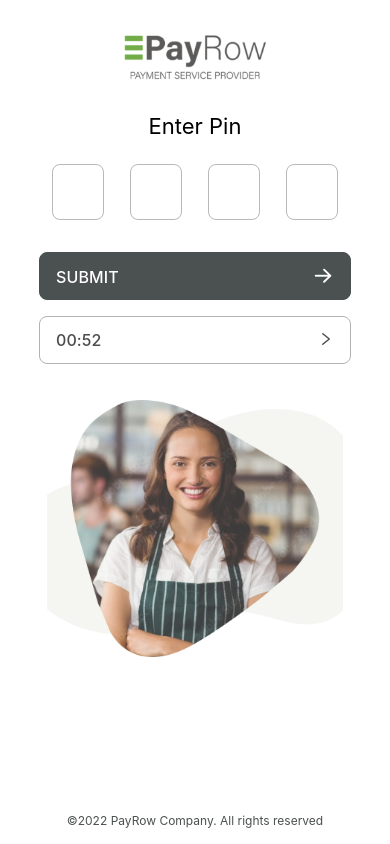
Repository: rishabh-critical-river/payrowios
Screen: /EnterPins
An editor plug-in stored every save of this project. The screen is shown before and after the next save, followed by the edit.
The app was drawn by React Native's web renderer in a window 390 px wide. The project was rebuilt for these pictures with package versions that can differ from the ones it lists, and the page was loaded fresh each time. Also part of the build but not shown: screens/onboarding/CreateAccount.js, screens/home/HomeScreen.tsx, screens/home/HomeComponents/TapToPay.tsx, screens/home/HomeComponents/PaymentSummary.js, screens/home/HomeComponents/AddItem.js, screens/home/HomeComponents/TapCard.tsx, screens/home/HomeComponents/EnterPin.tsx, screens/home/HomeComponents/Confirmation.tsx and 37 more.

Above is the screen before, as saved 2023-07-27 07:41:34.

### App.tsx
import { NavigationContainer } from "@react-navigation/native";
import { createNativeStackNavigator } from "@react-navigation/native-stack";
import {
  StyleSheet,
  Text,
  View,
  SafeAreaView,
  Image,
  StatusBar,
} from "react-native";
import LanguageSelection from "./screens/onboarding/LanguageSelection";
import CreateAccount from "./screens/onboarding/CreateAccount";
import HomeScreen from "./screens/home/HomeScreen";
import TapToPay from "./screens/home/HomeComponents/TapToPay";
import AddItem from "./screens/home/HomeComponents/AddItem";
import TapCard from "./screens/home/HomeComponents/TapCard";
import EnterPin from "./screens/home/HomeComponents/EnterPin";
import Confirmation from "./screens/home/HomeComponents/Confirmation";
import NewPayment from "./screens/home/HomeComponents/NewPayment";
import Contact from "./screens/home/HomeComponents/contact";
import Refund from "./screens/home/HomeComponents/refund";
import OtpRefund from "./screens/home/HomeComponents/otpRefund";
import ProductSelection from "./screens/home/HomeComponents/productSelection";
import PaymentSummary from "./screens/home/HomeComponents/PaymentSummary";
import PaymentMode from "./screens/home/HomeComponents/paymentMode";
import PaymentHistory from "./screens/home/HomeComponents/PaymentHistory";
import HistoryMethods from "./screens/home/HomeComponents/historyMethods";
import DailyReport from "./screens/home/HomeComponents/DailyReport";
import MonthlyReport from "./screens/home/HomeComponents/MonthlyReport";
import AboutPayrow from "./screens/home/HomeComponents/AboutPayrow";
import CashReceivedMachine from "./screens/home/HomeComponents/CashReceivedMachine";
import InvoiceRecall from "./screens/home/HomeComponents/InvoiceRecall";
import PosAndRetail from "./screens/home/HomeComponents/PosAndRetail";
import SoftPos from "./screens/home/HomeComponents/SoftPos";
import PayByLink from "./screens/home/HomeComponents/PayByLink";
import PayByQrCode from "./screens/home/HomeComponents/PayByQrCode";

import PaymentGateWay from "./screens/home/HomeComponents/PaymentGateWay";
import Wps from "./screens/home/HomeComponents/Wps";
import Vat from "./screens/home/HomeComponents/Vat";
import Kvyc from "./screens/home/HomeComponents/Kvyc";
import BuyNowPayLater from "./screens/home/HomeComponents/BuyNowPayLater";
import Wallet from "./screens/home/HomeComponents/Wallet";
import PayRowPrepaids from "./screens/home/HomeComponents/PayRowPrepaid";
import Support from "./screens/home/HomeComponents/Support";
import NewComplain from "./screens/home/HomeComponents/NewComplain";
import RegisterComplain from "./screens/home/HomeComponents/RegisteredComplain";
import ContactUs from "./screens/home/HomeComponents/ContactUse";
import InvoiceRecalltwo from "./screens/home/HomeComponents/InvoiceRecalltwo";
import InvoiceRecallthree from "./screens/home/HomeComponents/InvoiceRecallthree";
import PaymentDetails from "./screens/home/HomeComponents/PaymentDetails";
import ConfirmationInvoice from "./screens/home/HomeComponents/ConfirmationInvoice";
import CashPay from "./screens/home/HomeComponents/CashPay";
import QRCode from "./screens/home/HomeComponents/QrCode";
import Login from "./screens/onboarding/login";
import CreatePin from "./screens/onboarding/Createpin";
import ReEnterPin from "./screens/onboarding/Reenterpin";
import EnterPins from "./screens/onboarding/Enterpin";
// import SoftPose from "./screens/home/HomeComponents/SoftPose";
const Stack = createNativeStackNavigator();

export default function App() {
  return (
    <SafeAreaView style={{ flex: 1, backgroundColor: "white" }}>
      <StatusBar barStyle="dark-content" />
      <NavigationContainer>
        <Stack.Navigator>
          <Stack.Screen
            name="selectLanaguage"
            component={LanguageSelection}
            options={{ headerShown: false }}
          />
          <Stack.Screen
            name="Login"
            component={Login}
            options={{ headerShown: false }}
          />
          <Stack.Screen
            name="CreatePin"
            component={CreatePin}
            options={{ headerShown: false }}
          />
          <Stack.Screen
            name="ReEnterPin"
            component={ReEnterPin}
            options={{ headerShown: false }}
          />
          <Stack.Screen
            name="EnterPin"
            component={EnterPin}
            options={{ headerShown: false }}
          />
          <Stack.Screen
            name="Create Account"
            component={CreateAccount}
            options={{ headerShown: false }}
          />
          <Stack.Screen
            name="HomeScreen"
            component={HomeScreen}
            options={{ headerShown: false }}
          />
          <Stack.Screen
            name="TapToPay"
            component={TapToPay}
            options={{ headerShown: false }}
          />
          <Stack.Screen
            name="AddItem"
            component={AddItem}
            options={{ headerShown: false }}
          />
          <Stack.Screen
            name="TapCard"
            component={TapCard}
            options={{ headerShown: false }}
          />
          <Stack.Screen
            name="EnterPins"
            component={EnterPins}
            options={{ headerShown: false }}
          />
          <Stack.Screen
            name="Confirmation"
            component={Confirmation}
            options={{ headerShown: false }}
          />
          <Stack.Screen
            name="NewPayment"
            component={NewPayment}
            options={{ headerShown: false }}
          />
          <Stack.Screen
            name="contact"
            component={Contact}
            options={{ headerShown: false }}
          />
          <Stack.Screen
            name="refund"
            component={Refund}
            options={{ headerShown: false }}
          />
          <Stack.Screen
            name="otpRefund"
            component={OtpRefund}
            options={{ headerShown: false }}
          />
          <Stack.Screen
            name="productSelection"
            component={ProductSelection}
            options={{ headerShown: false }}
          />
          <Stack.Screen
            name="paymentSummary"
            component={PaymentSummary}
            options={{ headerShown: false }}
          />
          <Stack.Screen
            name="paymentMode"
            component={PaymentMode}
            options={{ headerShown: false }}
          />
          <Stack.Screen
            name="paymentHistory"
            component={PaymentHistory}
            options={{ headerShown: false }}
          />
          <Stack.Screen
            name="historyMethods"
            component={HistoryMethods}
            options={{ headerShown: false }}
          />
          <Stack.Screen
            name="dailyReport"
            component={DailyReport}
            options={{ headerShown: false }}
          />
          <Stack.Screen
            name="monthlyReport"
            component={MonthlyReport}
            options={{ headerShown: false }}
          />
          <Stack.Screen
            name="aboutPayrow"
            component={AboutPayrow}
            options={{ headerShown: false }}
          />
          <Stack.Screen
            name="cashReceivedMachine"
            component={CashReceivedMachine}
            options={{ headerShown: false }}
          />
          <Stack.Screen
            name="invoiceRecall"
            component={InvoiceRecall}
            options={{ headerShown: false }}
          />
          <Stack.Screen
            name="posandretail"
            component={PosAndRetail}
            options={{ headerShown: false }}
          />
          <Stack.Screen
            name="softpos"
            component={SoftPos}
            options={{ headerShown: false }}
          />
          <Stack.Screen
            name="paybylink"
            component={PayByLink}
            options={{ headerShown: false }}
          />
          <Stack.Screen
            name="paybyqrcode"
            component={PayByLink}
            options={{ headerShown: false }}
          />
          <Stack.Screen
            name="paymentgateway"
            component={PaymentGateWay}
            options={{ headerShown: false }}
          />
          <Stack.Screen
            name="wps"
            component={Wps}
            options={{ headerShown: false }}
          />
          <Stack.Screen
            name="vat"
            component={Vat}
            options={{ headerShown: false }}
          />

          <Stack.Screen
            name="kvyc"
            component={Kvyc}
            options={{ headerShown: false }}
          />
          <Stack.Screen
            name="buynowpaylater"
            component={BuyNowPayLater}
            options={{ headerShown: false }}
          />
          <Stack.Screen
            name="registercomplain"
            component={RegisterComplain}
            options={{ headerShown: false }}
          />
          <Stack.Screen
            name="wallet"
            component={Wallet}
            options={{ headerShown: false }}
          />
          <Stack.Screen
            name="payrowprepaid"
            component={PayRowPrepaids}
            options={{ headerShown: false }}
          />
          <Stack.Screen
            name="paymentdetails"
            component={PaymentDetails}
            options={{ headerShown: false }}
          />
          <Stack.Screen
            name="support"
            component={Support}
            options={{ headerShown: false }}
          />
          {/* <Stack.Screen
            name="softpose"
            payrowprepaid
            component={SoftPose}
            options={{ headerShown: false }}

          /> */}
          <Stack.Screen
            name="newcomplain"
            component={NewComplain}
            options={{ headerShown: false }}
          />
          <Stack.Screen
            name="contactus"
            component={ContactUs}
            options={{ headerShown: false }}
          />
          <Stack.Screen
            name="Recallss"
            component={InvoiceRecalltwo}
            options={{ headerShown: false }}
          />
          <Stack.Screen
            name="InvoiceRecallthree"
            component={InvoiceRecallthree}
            options={{ headerShown: false }}
          />
          <Stack.Screen
            name="ConfirmationInvoice"
            component={ConfirmationInvoice}
            options={{ headerShown: false }}
          />
          <Stack.Screen
            name="cashPay"
            component={CashPay}
            options={{ headerShown: false }}
          />

          <Stack.Screen
            name="QrCode"
            component={PayByQrCode}
            options={{ headerShown: false }}
          />
          <Stack.Screen
            name="QrCodePay"
            component={QRCode}
            options={{ headerShown: false }}
          />
        </Stack.Navigator>
      </NavigationContainer>
    </SafeAreaView>
  );
}

### screens/onboarding/LanguageSelection.tsx
import React from "react";
import { StatusBar } from "expo-status-bar";
import { NavigationContainer } from "@react-navigation/native";
import { createNativeStackNavigator } from "@react-navigation/native-stack";
import {
  StyleSheet,
  Text,
  View,
  SafeAreaView,
  Image,
  Button,
  TouchableOpacity,
} from "react-native";
import { AntDesign } from "@expo/vector-icons";
function LanguageSelection({ navigation }: any) {
  return (
    <>
      <View style={styles.container}>
        <Image
          source={require("../../src/Images/payrowLogo.png")}
          style={styles.logo}
        />
        <View
          style={{
            position: "absolute",
            right: 0,
            top: 76,
          }}
        >
          <View
            style={{
              marginLeft: "auto",
              borderWidth: 1,
              borderColor: "#F1F7ED",
              marginBottom: 7.5,

              backgroundColor: "#F1F7ED",
              borderRadius: 1,
              width: 40,
              height: 11.67,
            }}
          />
          <View
            style={{
              marginLeft: "auto",
              borderWidth: 1,
              borderColor: "#F1F7ED",
              marginBottom: 7.5,
              backgroundColor: "#F1F7ED",
              borderRadius: 1,

              width: 40,
              height: 11.67,
            }}
          />
          <View
            style={{
              marginLeft: "auto",
              borderWidth: 1,
              borderColor: "#F1F7ED",

              backgroundColor: "#F1F7ED",
              borderRadius: 1,

              width: 40,
              height: 11.67,
            }}
          />
        </View>
        <Image
          source={require("../../src/Images/getStarted.png")}
          style={{
            width: 312,
            height: 230,
            alignSelf: "center",
            marginTop: 40,
          }}
        />
        <Text
          style={{
            fontSize: 22,
            fontWeight: "700",
            color: "#4C4C4C",
            lineHeight: 28,
            textAlign: "center",
            marginTop: 38,
          }}
        >
          Ultimate Fintech Partner
        </Text>
        <Text
          style={{
            fontSize: 14,
            fontWeight: "400",
            lineHeight: 20,
            marginLeft: 54,
            marginRight: 54,
            textAlign: "center",
            marginTop: 16,
            color: "#666666",
            letterSpacing: 0.25,
          }}
        >
          Together we support Go-Green & Cashless Strategy
        </Text>
      </View>
      <View style={{ backgroundColor: "white" }}>
        <TouchableOpacity
          style={styles.button}
          onPress={() => {
            navigation.navigate("Login");
          }}
        >
          <View
            style={{
              borderWidth: 1,

              borderColor: "#4B5050",
              backgroundColor: "#4B5050",
              borderRadius: 8,
              marginBottom: 16,
              width: 328,
              height: 48,
              justifyContent: "center",
            }}
          >
            <View style={{ flexDirection: "row" }}>
              <Text
                style={{
                  fontSize: 16,
                  paddingLeft: 16,
                  fontWeight: "500",
                  lineHeight: 24,
                  justifyContent: "center",
                  color: "white",
                  letterSpacing: 0.1,
                  flex: 1,
                }}
              >
                Get Started
              </Text>
              <View
                style={{
                  justifyContent: "center",
                  alignItems: "center",
                  marginRight: 16,
                }}
              >
                <AntDesign name="arrowright" size={24} color="white" />
              </View>
            </View>
          </View>
        </TouchableOpacity>
        <Text
          style={{
            fontSize: 12,
            backgroundColor: "white",
            color: "#7f7f7f",
            textAlign: "center",
            paddingBottom: 15,
          }}
        >
          ©2022 PayRow Company. All rights reserved
        </Text>
      </View>
    </>
  );
}

export default LanguageSelection;
const styles = StyleSheet.create({
  container: {
    display: "flex",
    flex: 1,
    backgroundColor: "white",
  },
  logo: {
    width: 150,
    height: 48.3,
    alignSelf: "center",
    marginTop: 33,
  },
  selectLanguage: {
    width: 163,
    height: 28,
    fontSize: 17,

    color: "#333333",
    fontWeight: "400",
    marginTop: 24.47,
    alignSelf: "center",
  },
  languageText: {
    fontSize: 14,
    paddingLeft: 16,
    fontWeight: "500",
    lineHeight: 20,
    justifyContent: "center",
    color: "#4B5050CC",
  },
  languages: {
    flexDirection: "column",

    justifyContent: "space-between",
    alignItems: "center",
  },
  text: {
    width: 303,
    height: 20,
    fontSize: 14,
    lineHeight: 14,
    fontWeight: "400",
    color: "#4B5050",
    textAlign: "center",
    marginTop: 6,
    alignSelf: "center",
    marginBottom: 15,
  },
  shadowProp: {
    shadowColor: "#171717",
    shadowOffset: { width: -2, height: 4 },
    shadowOpacity: 0.2,
    shadowRadius: 3,
  },
  box: {
    display: "flex",
    borderWidth: 1,
    borderColor: "#4B505033",
    backgroundColor: "#ffffff",
    borderRadius: 8,
    marginBottom: 15,
    width: 328,
    height: 48,
    justifyContent: "center",
  },
  button: {
    alignSelf: "center",
    color: "#4B5050",

    padding: 10,
    fontSize: 20,
    height: 48,
    width: 328,
    cursor: "pointer",
    borderRadius: 70,
    justifyContent: "center",
    alignItems: "center",
    marginBottom: 15,
  },
  arrow: {
    display: "flex",
    position: "relative",
    borderWidth: 1,
    borderColor: "white",
    width: 40,
    height: 5,
    backgroundColor: "white",
  },
  arrowTriangle: {
    display: "flex",
    borderWidth: 1,
    position: "absolute",
    width: 20,
    height: 5,
    borderColor: "white",
    backgroundColor: "white",
    borderTopWidth: 1,
    borderRightWidth: 1,
    transform: [{ rotate: "45deg" }],
    right: 9,
    top: 19,
  },
  arrowTriangleRight: {
    display: "flex",
    borderWidth: 1,
    position: "absolute",
    width: 20,
    height: 5,
    borderColor: "white",
    backgroundColor: "white",
    borderTopWidth: 1,
    borderLeftWidth: 1,
    transform: [{ rotate: "-45deg" }],
    right: 9,
    top: 36,
  },
});

### screens/onboarding/Enterpin.js
import { AntDesign } from "@expo/vector-icons";
import React, { useRef } from "react";
import {
  StyleSheet,
  Text,
  View,
  SafeAreaView,
  Image,
  Button,
  TextInput,
  TouchableOpacity,
  Keyboard,
} from "react-native";

function EnterPins({ navigation }) {
  const et1 = useRef();
  const et2 = useRef();
  const et3 = useRef();
  const et4 = useRef();
  return (
    <>
      <View style={styles.container}>
        <Image
          source={require("../../src/Images/payrowLogo.png")}
          style={styles.logo}
        />
        <Text
          style={{
            marginTop: 30.47,
            fontSize: 22,
            fontWeight: "400",
            lineHeight: 28,
            alignSelf: "center",
          }}
        >
          Enter Pin
        </Text>
        {/* <View
          style={{
            width: "100%",
            height: 20,
            marginTop: 6,

            alignSelf: "center",
          }}
        >
          <Text style={{ alignSelf: "center", color: "#666666" }}>
            SMS code sent to verify phone number
          </Text>
        </View> */}
        <View
          style={{
            flexDirection: "row",
            justifyContent: "space-between",
            marginLeft: 52,
            marginRight: 52,
            marginTop: 24,
          }}
        >
          <TextInput
            secureTextEntry={true}
            ref={et1}
            style={styles.box}
            keyboardType="number-pad"
            maxLength={1}
            onChangeText={(text) => {
              if (text.length >= 1) {
                et2.current.focus();
              }
            }}
          />
          <TextInput
            secureTextEntry={true}
            ref={et2}
            style={styles.box}
            keyboardType="number-pad"
            maxLength={1}
            onChangeText={(text) => {
              if (text.length >= 1) {
                et3.current.focus();
              } else if (text.length < 1) {
                et1.current.focus();
              }
            }}
          />
          <TextInput
            secureTextEntry={true}
            ref={et3}
            style={styles.box}
            keyboardType="number-pad"
            maxLength={1}
            onChangeText={(text) => {
              if (text.length >= 1) {
                et4.current.focus();
              } else if (text.length < 1) {
                et2.current.focus();
              }
            }}
          />
          <TextInput
            secureTextEntry={true}
            ref={et4}
            style={styles.box}
            keyboardType="number-pad"
            maxLength={1}
            onChangeText={(text) => {
              if (text.length < 1) {
                et3.current.focus();
              } else {
                Keyboard.dismiss();
              }
            }}
          />
        </View>
        <TouchableOpacity
          style={styles.goToSummaryButton}
          onPress={() => {
            navigation.navigate("AddItem");
          }}
        >
          <View style={styles.buttonContent}>
            <Text style={styles.buttonText}>SUBMIT</Text>
            <View style={styles.arrowIcon}>
              <AntDesign name="arrowright" size={22} color="white" />
            </View>
          </View>
        </TouchableOpacity>

        <TouchableOpacity
          style={styles.resendCode}
          onPress={() => {
            navigation.navigate("HomeScreen");
          }}
        >
          <View
            style={{
              borderWidth: 0.5,
              borderColor: "#B2B2B2",
              borderRadius: 8,
              backgroundColor: "#FFFFFF",

              height: 48,
              justifyContent: "center",
            }}
          >
            <View style={{ flexDirection: "row" }}>
              <Text
                style={{
                  fontSize: 16,
                  paddingLeft: 16,
                  fontWeight: "500",
                  lineHeight: 24,
                  justifyContent: "center",
                  color: "#4C4C4C",
                  letterSpacing: 0.1,
                  flex: 1,
                }}
              >
                00:52
              </Text>
              <View
                style={{
                  justifyContent: "center",
                  alignItems: "center",
                  marginRight: 16,
                }}
              >
                <View
                  style={{
                    flexDirection: "row",
                    alignItems: "center",
                  }}
                >
                  <AntDesign name="right" size={16} color="#4C4C4C" />
                </View>
              </View>
            </View>
          </View>
        </TouchableOpacity>

        <Image
          source={require("../../src/Images/getStarted.png")}
          style={{
            width: 296,
            height: 257,
            alignSelf: "center",
            marginTop: 36,
          }}
        />
      </View>
      <Text
        style={{
          fontSize: 12,
          backgroundColor: "white",
          color: "#4B5050",
          textAlign: "center",
          paddingBottom: 16,
        }}
      >
        ©2022 PayRow Company. All rights reserved
      </Text>
    </>
  );
}
const styles = StyleSheet.create({
  container: {
    flex: 1,
    backgroundColor: "white",
    display: "flex",
    flexDirection: "column",
  },
  logo: {
    width: 150,
    height: 48.53,
    alignSelf: "center",
    marginTop: 33,
  },
  rightPin: {
    flex: 1,
    justifyContent: "center",
    alignItems: "center",
    textAlign: "center",
  },
  leftPin: {
    justifyContent: "center",
    alignItems: "center",
    backgroundColor: "#D3D3D3",
    borderTopEndRadius: 10,
    borderBottomEndRadius: 10,
    paddingLeft: 10,
    paddingRight: 10,
  },
  horizontal: {
    flexDirection: "row",
    alignItems: "center",
    justifyContent: "center",
  },
  horizontalOr: {
    paddingLeft: 5,
    paddingRight: 5,
    marginTop: 18,
    marginBottom: 18,
  },
  horizontalLine: {
    borderBottomColor: "#D3D3D3",
    width: 105,
    borderBottomWidth: 1,
    marginTop: 10,
    marginBottom: 10,
    alignSelf: "center",
  },
  url: {
    alignSelf: "center",
    marginTop: 10,
    marginBottom: 10,
  },
  fingerprint: {
    width: 100,
    height: 100,
    alignSelf: "center",
    marginTop: 70,
    marginBottom: 10,
  },
  verticalLine: {
    borderBottomColor: "#D3D3D3",
    color: "black",
    width: 15,
    transform: [{ rotate: "90deg" }],
    borderBottomWidth: 1,
    marginTop: 10,
    marginBottom: 10,
    alignSelf: "center",
  },

  languageText: {
    fontSize: 16,
    justifyContent: "center",
    color: "##838c95",
    alignItems: "center",
  },
  languages: {
    flexDirection: "column",

    justifyContent: "space-between",
    alignItems: "center",
  },
  text: {
    fontSize: 15,
    textAlign: "center",
    marginTop: 20,
    marginBottom: 15,
  },
  box: {
    display: "flex",
    flexDirection: "row",
    textAlign: "center",
    borderWidth: 1,
    borderColor: "#4B505066",
    borderRadius: 8,

    width: 52,
    height: 56,
  },
  button: {
    marginLeft: 165,
    marginTop: 34,
    color: "black",
    padding: 10,
    fontSize: 20,
    height: 60,
    width: 60,
    cursor: "pointer",
    borderRadius: 70,
    justifyContent: "center",
    alignItems: "center",
  },
  button2: {
    marginLeft: 165,
    marginTop: 5,

    padding: 10,
    fontSize: 20,
    height: 60,
    width: 60,
    cursor: "pointer",
    borderRadius: 70,
    justifyContent: "center",
    alignItems: "center",
  },
  arrow: {
    display: "flex",
    position: "relative",
    borderWidth: 1,
    borderColor: "white",
    width: 40,
    height: 5,
    backgroundColor: "white",
  },
  arrowTriangle: {
    display: "flex",
    borderWidth: 1,
    position: "absolute",
    width: 20,
    height: 5,
    borderColor: "white",
    backgroundColor: "white",
    borderTopWidth: 1,
    borderRightWidth: 1,
    transform: [{ rotate: "45deg" }],
    right: 9,
    top: 19,
  },
  arrowTriangleRight: {
    display: "flex",
    borderWidth: 1,
    position: "absolute",
    width: 20,
    height: 5,
    borderColor: "white",
    backgroundColor: "white",
    borderTopWidth: 1,
    borderLeftWidth: 1,
    transform: [{ rotate: "-45deg" }],
    right: 9,
    top: 36,
  },
  goToSummaryButton: {
    alignSelf: "center",
    marginTop: 32,
    width: "80%",
  },
  resendCode: {
    alignSelf: "center",
    marginTop: 16,
    width: "80%",
  },
  buttonText: {
    fontSize: 16,
    paddingLeft: 16,
    paddingTop: 12,
    fontWeight: "500",
    lineHeight: 24,
    justifyContent: "center",
    color: "white",
    letterSpacing: 0.1,
    flex: 1,
  },
  arrowIcon: {
    justifyContent: "center",
    alignItems: "center",
    marginRight: 16,
  },

  buttonContent: {
    borderWidth: 0.6,
    borderColor: "#4B5050",
    backgroundColor: "#4B5050",
    borderRadius: 8,

    height: 48,
    width: "100%",
    justifyContent: "center",
    flexDirection: "row",
  },
});

export default EnterPins;

After the next save:
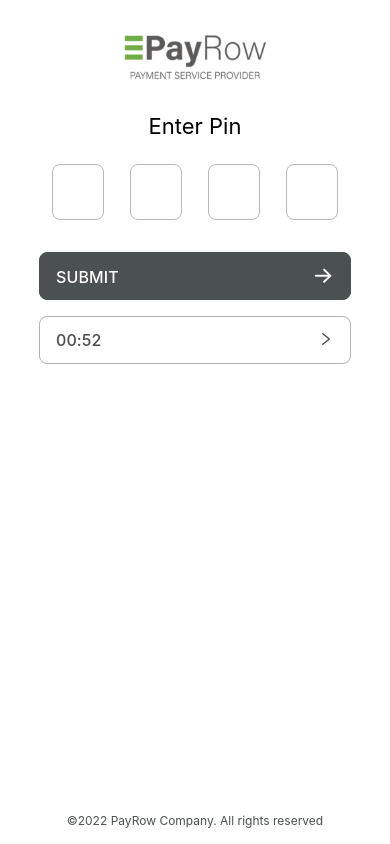
Saved 86 s later.
--- a/screens/onboarding/Enterpin.js
+++ b/screens/onboarding/Enterpin.js
@@ -178,15 +178,7 @@ function EnterPins({ navigation }) {
           </View>
         </TouchableOpacity>
 
-        <Image
-          source={require("../../src/Images/getStarted.png")}
-          style={{
-            width: 296,
-            height: 257,
-            alignSelf: "center",
-            marginTop: 36,
-          }}
-        />
+
       </View>
       <Text
         style={{
